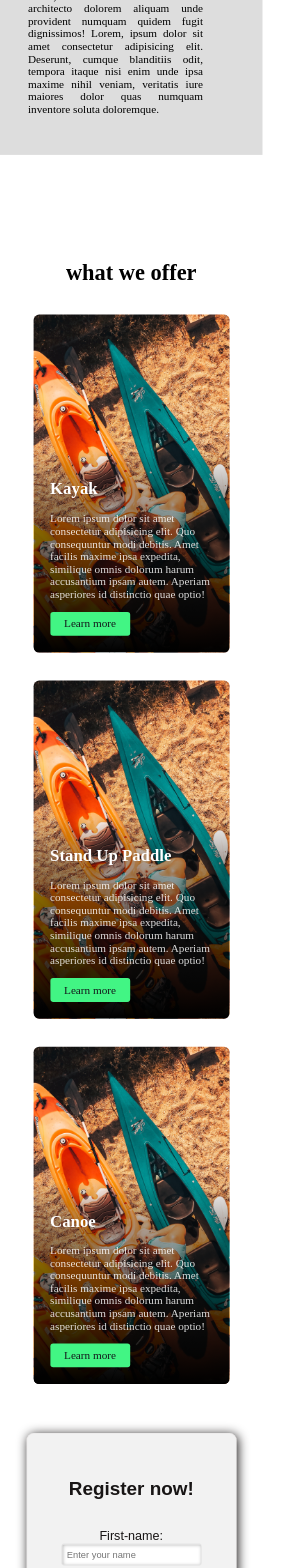
Repository: joseluis2289/Responsive-club-website
Page: index.html
An editor plug-in stored every save of this project. The page is shown before and after the next save, followed by the edit.
The browser window is 375 px wide. The page is 430 px wide, so the pictures cover 430 px, including what lies to the right of the window. The pictures show the part of the page from y = 1935 to 4175 px (the page is 4763 px tall before and 4635 px after), at 70% of full size.

Above is the page before, as saved 2021-08-24 13:37:42.

### index.html
<!DOCTYPE html>
<html lang="en">
<head>
    <meta charset="UTF-8">
    <meta http-equiv="X-UA-Compatible" content="IE=edge">
    <meta name="viewport" content="width=device-width, initial-scale=1.0">
    <link rel="stylesheet" href="style.css">
    <script src="script.js" defer></script>
    <title>Responsive-Club-website</title>
</head>
<body>

    <nav class="navbar">
        <!-- hamburger toggle -->
        <div class="brand-title">Club-Website</div>
        <a href="#" class="toggle-button">
            <span class="bar"></span>
            <span class="bar"></span>
            <span class="bar"></span>
        </a>

        <div class="nav-links">
            <ul>
                <li><a href="#">Home</a></li>
                <li><a href="#">About</a></li>
                <li><a href="#">Contact</a></li>
            </ul>
        </div>
    </nav>
<div class="banner"></div>

<section class="welcome">
    <h1 class="discover-title">Discover the city of Leipzig</h1>
    <p class="p-discover">Discover the "water city of Leipzig". No matter whether by paddle <strong>or canoe or rowing boat.</strong>The city and its surroundings are among the most beautiful paddling areas in Saxony. Leipzig offers an incomparable combination of urban flair, unique Wilhelminian style architecture Unesco World Heritage Site and natural paradise Leipzig floodplain forest. Overall, the city has almost 300 km of extensive river and canal landscape.</p>

</section>

<!-- about us section -->
<div class="grid-container-about">
    <img class="grid-item-img" src="./Cosmetics Discount Sale Landscape Banner.png" alt="about">
    <div class="grid-item-text"><h1><a class="aboutUs-title" href="#">About us</a></h1><p class="aboutUs-text"> Lorem ipsum dolor sit amet consectetur, adipisicing elit. Recusandae quos praesentium dolore cupiditate neque doloribus ipsum obcaecati repellat quidem eos accusamus culpa repellendus, laudantium amet hic quis minima quibusdam ex. Lorem, ipsum dolor sit amet consectetur adipisicing elit. Illum quos expedita accusamus, eaque accusantium magnam. Hic nobis totam, assumenda nisi debitis architecto dolorem aliquam unde provident numquam quidem fugit dignissimos! Lorem, ipsum dolor sit amet consectetur adipisicing elit. Deserunt, cumque blanditiis odit, tempora itaque nisi enim unde ipsa maxime nihil veniam, veritatis iure maiores dolor quas numquam inventore soluta doloremque.</p></div>
</div>

<h1 class="tittle-what-we-offer">what we offer</h1>


<div class="card-container">
    <div class="card">
        <div class="card-content">
        <h2 class="card-title">Kayak</h2>
        <p class="card-body">Lorem ipsum dolor sit amet consectetur adipisicing elit. Quo consequuntur modi debitis. Amet facilis maxime ipsa expedita, similique omnis dolorum harum accusantium ipsam autem. Aperiam asperiores id distinctio quae optio!</p>
        <a href="#" class="button">Learn more</a>
    </div>
    </div>

    <div class="card">
        <div class="card-content">
        <h2 class="card-title"> Stand Up Paddle</h2>
        <p class="card-body">Lorem ipsum dolor sit amet consectetur adipisicing elit. Quo consequuntur modi debitis. Amet facilis maxime ipsa expedita, similique omnis dolorum harum accusantium ipsam autem. Aperiam asperiores id distinctio quae optio!</p>
        <a href="#" class="button">Learn more</a>
    </div>
    </div>


    <div class="card">
        <div class="card-content">
        <h2 class="card-title">Canoe</h2>
        <p class="card-body">Lorem ipsum dolor sit amet consectetur adipisicing elit. Quo consequuntur modi debitis. Amet facilis maxime ipsa expedita, similique omnis dolorum harum accusantium ipsam autem. Aperiam asperiores id distinctio quae optio!</p>
        <a href="#" class="button">Learn more</a>
    </div>
    </div>

</div>





<!-- <section class="what-we-offer">
     <!-- <div class="kayak">kayak</div>
   <img class="kayak" src="./kayak.png" alt="kayak">
   <img class="kayak" src="./boat.png" alt="boat">
   <img class="kayak" src="./sup.png" alt="sup">
</section> -->




<section class="register">
    <form id="register" action="#">
        <h2 class="register-title">Register now!</h2>
        <label for="first-name">First-name:</label>
        <br/>
        <input type="text" name="first-name" id='name' placeholder="Enter your name">
        <br/>
        <label for="last-name">Last-name:</label>
        <br/>
        <input type="text" name="last-name" id="name" placeholder="Enter your last name">
        <br/>
        <label for="email">Email:</label>
        <br/>
        <input type="text" name="email" id="name" placeholder="Enter your email">
        <br/>&nbsp;
        <!-- <label for="gender">Gender:</label>
        <br/>
        <input type="radio" name="gender" id="male">
        &nbsp;
        <span id="male">Male</span>
        &nbsp; &nbsp;
        <input type="radio" name="gender" id="female">
        &nbsp;
        <span id="female">Female</span> -->
        <br/> <br/>
    <input type="submit" value="submit" name="submit" id="submit">
    </form>
</section>

<footer class="footer">
    <div>footer</div>
</footer>
</body>
</html>

### style.css
:root{
    --clr-neutral-900: hsl(207,19%,9%);
    --crl-neutral-100: hsl(0,0%,100%);
    --crl-accent-400: hsl(142, 90%, 61%);

}

*,
*::before,
*::after {
    box-sizing: border-box;
}


*{
    box-sizing: border-box;
}

body{
    margin: 0;
    border: 0;
}

.navbar{
    display: flex;
    justify-content: space-between;
    align-items: center;
    background-color: #333;
    color: white;
    font-family: 'Poppins', sans-serif;

}

.brand-title{
    font-size: 1.6rem;
    margin: .5rem;
    text-transform: uppercase;
    letter-spacing: 4px;
    -webkit-box-shadow: 0 10px 6px -6px rgb(80, 73, 73);
    -moz-box-shadow:0 10px 6px -6px rgb(114, 110, 110);
    box-shadow: 0 10px 6px -6px rgb(136, 133, 133);
    border-radius:10px;
}

.nav-links ul {
    margin: 0;
    padding: 0;
    display: flex;
}
.nav-links li {
    list-style: none;
}

.nav-links li a {
    text-decoration: none;
    color: white;
    padding: 1rem;
    display: block;
}
.nav-links li:hover{
    background-color:#555;
}

.toggle-button {
    position: absolute;
    top: .75rem;
    right: 1rem;
    display: none;
    flex-direction: column;
    justify-content: space-between;
    width: 30px;
    height: 22px;
}

.toggle-button .bar {
    height: 3px;
    width: 100%;
    background-color: white;
    border-radius: 10px;
}

.banner{
    background-image: url("/Cosmetics\ Discount\ Sale\ Landscape\ Banner.png");
    background-repeat: no-repeat;
    background-position: cover;
    background-size: 100% 100vh;
    height: 100vh;
}

/* discover the city of Leipzig */
.welcome{
    text-align: center;
    height: 30vh;

}
.discover-title{
    display: block;
    position: relative;
    cursor: pointer;
}
.discover-title::after{
    content:"";
    position: absolute;
    left: 620px;
    background: var(--crl-accent-400);
    display: block;
    border: 0;
    margin: 0.5rem 0;
    width:300px;
    height: 10px;
    transform: scaleX(0.1);
    transition: transform 0.4s ease;

}

.discover-title:hover:after,
.discover-title:active:after{
    transform: scaleX(1);
    transform-origin: left;
    transition: transform 0.5s ease;
}


.grid-container-about{
    background-color: #ddd;
    display: grid;
    grid-template-columns: 1fr 1fr;
    padding: 30px;
}
.grid-item-img{
    width: 400px;
    height: 40vh;
    border-radius:10px;

}

/* about us  */

.aboutUs-title{
color: #000;
text-decoration: none;
border: 0;
margin: 0.5rem 0;
line-height: 1.4;
display: block;
position: relative;
}

.aboutUs-title:after{
    position: absolute;
    content: "";
    background: var(--crl-accent-400);
    display: block;
    left:0;
    bottom:0;
    line-height: 1.4;
    width:100%;
    height: 10px;
    transform: scaleX(0.1);
    transition: transform 0.4s ease;

}

.aboutUs-title:hover:after,
.aboutUs-title:active:after{
    transform: scaleX(1);
    transform-origin: left bottom;
    transition: transform 0.5s ease;
}




/* what we offer cards */
.tittle-what-we-offer{
    text-align: center;
}

.card-container{
    display: flex;
    justify-content: space-around;
}

.card{
    color: var(--crl-neutral-100);
    background-image: url(./we-offer.jpg);
    background-size: cover;
    padding: 12rem 0 0;
    /* ch is 35 character wide */
    max-width: 35ch;
    border-radius: 0.5rem;
    overflow: hidden;
    transition: transform 500ms ease;

}

.card:hover{
    transform: scale(1.05);
}



.card-content{
    /* this variable only exist within the card content */
    --padding: 1.5rem;
    padding: var(--padding);
    /* here im appying some saturation and opacity of the backgroud card in order to king of fade it out */
    background: linear-gradient(
        hsl(0 0% 0% / 0),
        hsl(0 0% 0% / 0.3) 20%,
        hsl(0 0% 0% / 1)
    );
}

.card-title{
    position: relative;
    /* max-content it line up the with of the title */
    width: max-content;


}

.card-title::after{
    content:"";
    position: absolute;
    height: 4px;
    /* here I'm moving the green bar to the left in order to animate */
    left: calc(var(--padding) * -1 );
    bottom: 0;
    width: calc(100% + var(--padding));
    background: var(--crl-accent-400);
    /* here I'm animating the green bar from left to right */
    transform-origin: left;
    transform: scaleX(0);
    transition: transform 500ms ease;
}

.card:hover .card-title::after{
    transform: scaleX(1);
}

.card-body{
    color: rgb(255 255 255 / 0.85);
}

.button{
    cursor:pointer;
    display: inline-block;
    padding: 0.5em 1.3em;
    text-decoration: none;
    color: var(--clr-neutral-900);
    background-color: var(--crl-accent-400);
    padding: 0.5em 1.25em;
    border-radius: 0.25em;
}


.button:hover,
.button:focus {
    background-color: var(--crl-neutral-100);
}


/* .what-we-offer{
    display: grid;
    grid-template-columns: 1fr 1fr 1fr;
    display: flex;
    justify-content: space-around;
}
.kayak{
    /* background-image:url("kayak.png");
    height: 40vh;
    margin: 10px;
    border-radius:10px;
    background: #ddd;
    box-shadow: 0 6px 10px rgba(14, 13, 13, 0.08), 0 0 6px rgba(0, 0, 0, 0.05);
    cursor: pointer;
}


.kayak:hover{
    border: rgba(0, 0, 0, 0.05) solid 0;
    transform: scale(1.05);
    box-shadow: 0 10px 20px rgba(0, 0, 0, 0.12), 0 4px 8px rgba(0, 0, 0, 0.06);
    transition: 0.3s;
} */

/* register */
.register-title{
    text-align: center;
    padding: 20px;
    font-family:'Poppins', sans-serif;
}
#register{

    background-color:rgba(0, 0, 0, 0.05);
    width: 600px;
    font-size: 18px;
    border-radius:10px;
    border:1px solid rgba(214, 210, 210, 0.3);
    box-shadow: 2px 2px 15px;
    color:rgb(24, 21, 21);
    margin: 50px auto;
    text-align: center;
    padding: 20px;

}
label{
    font-family:'Poppins', sans-serif;
    font-size: 18px;
}
input#name{
    width: 300px;
    border: 1px solid #ddd;
    border-radius: 3px;
    outline: 0;
    padding: 7px;
    background-color: #fff;
    box-shadow: inset 1px 1px 5px
    rgba(0,0,0,0.3);
}


input#submit{
    width: 200px;
    padding: 7px;
    font-size: 16px;
    font-family: sans-serif;
    font-weight: 600;
    border: none;
    border-radius:3px;
    background-color:rgba(250, 100, 0, 0.8);
    color:black;
    cursor:pointer;
    border:1px solid rgba(255, 255, 255, 0.3);
    box-shadow: 1px 1px 5px rgba(0, 0, 0, 0.3);
    margin-bottom: 20px;
}

/* label,span,h2{
     text-shadow: 1px 1px 5px rgba(0, 0, 0, 0.3);
} */

/* footer */
.footer{
    width: 100%;
    height: 40vh;
    background-color:#000;
    color:whitesmoke;
}

@media(min-width: 320px) and (max-width: 480px){
    .toggle-button{
        display: flex;
        justify-content: space-around;

    }
    .nav-links{
        display: none;
         width: 100%;
    }
    .navbar{
        flex-direction: column;
        align-items: flex-start;
        width: 100%;
    }
    .banner{
        background-image: url("/Cosmetics\ Discount\ Sale\ Landscape\ Banner.png");
        background-repeat: no-repeat;
        background-position: cover;
        background-size: 100% 100vh;
        height: 100vh;
        width: 100%;
    }
    .nav-links ul {
        width: 100%;

        flex-direction: column;

    }
    .nav-links li {
        text-align: center;
    }
    .nav-links li a {
        padding: .5rem 1rem;
    }
    .nav-links.active{
        display: flex;

    }
    .discover-title::after{
        left: 20px;
    }

    .p-discover{
        text-align: justify;
        text-justify: inter-word;
        padding: 20px;

    }
    .grid-container-about{
        /* width: 100%; */
        margin: 150px auto;
        background-color: #ddd;
        display: grid;
        grid-template-columns: 1fr;

    }
    .grid-item-img{
        display: flex;
        justify-content: center;
        /* width: 300px; */
    }

    .aboutUs-title{
        padding: 10px;
    }
    .aboutUs-text{
        text-align: justify;
        text-justify: inter-word;
        width: 270px;
        padding: 10px;

    }
    .card-container{
        display: flex;
        flex-direction: column;


    }
    .card{
        margin: 20px auto;
    }


    #register{
        width: 300px;
    }

    input#name{
        width: 200px;
    }


}

/* ##Device = Low Resolution Tablets, Mobiles (Landscape)
##Screen = B/w 481px to 767px */

@media (min-width: 481px) and (max-width: 767px){
    .navbar{
        width: 780px;
        flex-direction: row;
        justify-content: space-around;
        align-content: center;
    }
    .banner{
        background-image: url("/Cosmetics\ Discount\ Sale\ Landscape\ Banner.png");
        background-repeat: no-repeat;
        background-position: cover;
        background-size: 100% 100vh;
        height: 100vh;
        width: 780px;
    }

    .discover-title::after{
        left: 260px;
        margin: 0 0 30px;

    }
    .discover-title{
        width: 800px;
        text-align: center;
    }
    .p-discover{
        text-align: justify;
        text-justify: inter-word;
        width: 700px;
        padding: 0.7em 5em;
        margin:20px 0 0 60px;
        font-size: 20px;

    }
    .grid-container-about{
        width: 800px;
        margin: 40px 0;
        background-color: #ddd;
        display: grid;
        grid-template-columns: 1fr;
        padding: 90px;
    }
    .aboutUs-text{
        text-align: justify;
        text-justify: inter-word;
        width: 550px;
    }
    .card-container{
        display: flex;
        flex-direction: column;


    }
    .card{
        margin: 20px auto;
    }

}

### script.js
const toggleButton = document.getElementsByClassName("toggle-button")[0]
const navBarLinks = document.getElementsByClassName("nav-links")[0]

toggleButton.addEventListener("click", () =>{
    // toggle the active class so If the active class does exist it will add it and viceversa
    navBarLinks.classList.toggle("active")
}
)

After the next save:
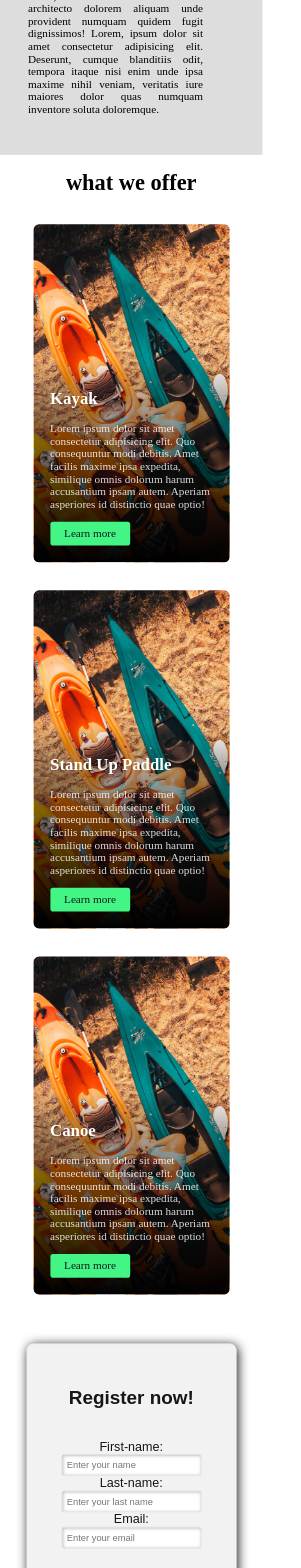
Saved 10 s later.
--- a/style.css
+++ b/style.css
@@ -400,7 +400,7 @@ input#submit{
     }
     .grid-container-about{
         /* width: 100%; */
-        margin: 150px auto;
+        margin: 150px 0 0 0;
         background-color: #ddd;
         display: grid;
         grid-template-columns: 1fr;
